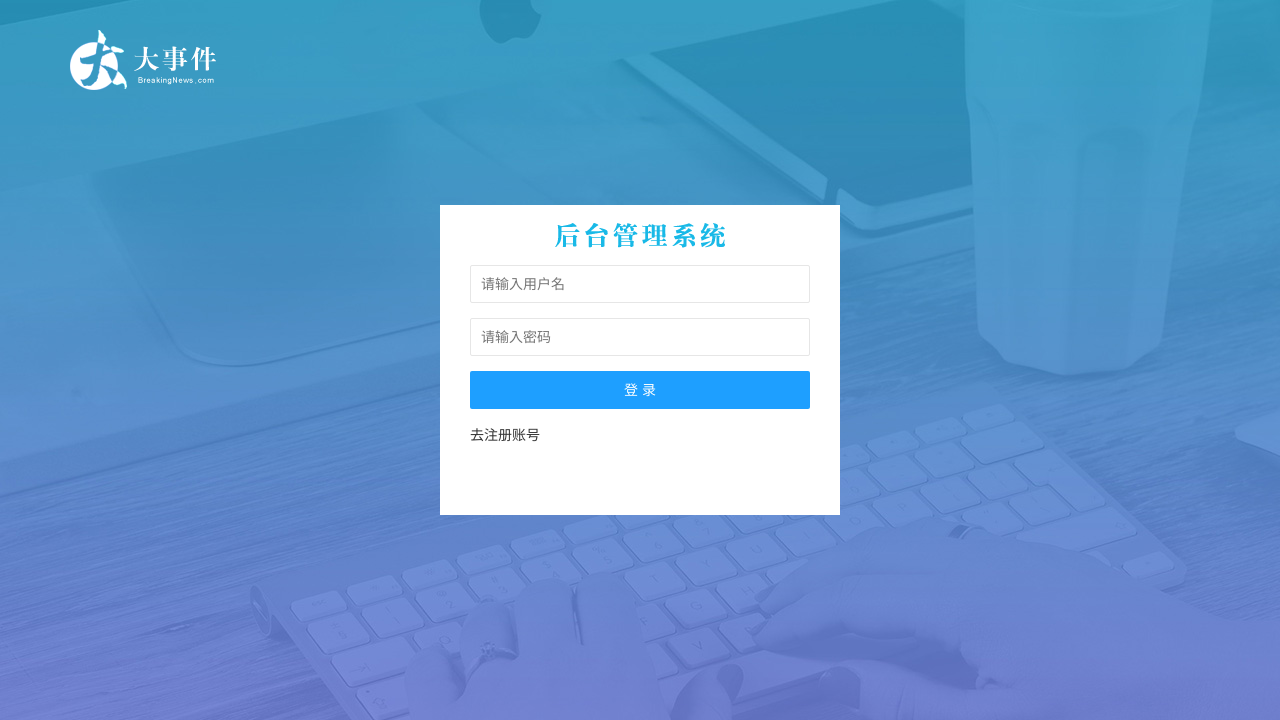
Repository: xxsleep/-
Page: home/login.html
The author's editor kept a copy of each file at every save. The page is drawn from the files as they stood at one save, then again after the next save.
The browser window is 1280 px wide. The pictures show the whole page.

Above is the page before, as saved 2020-11-24 09:11:22.

After the next save:
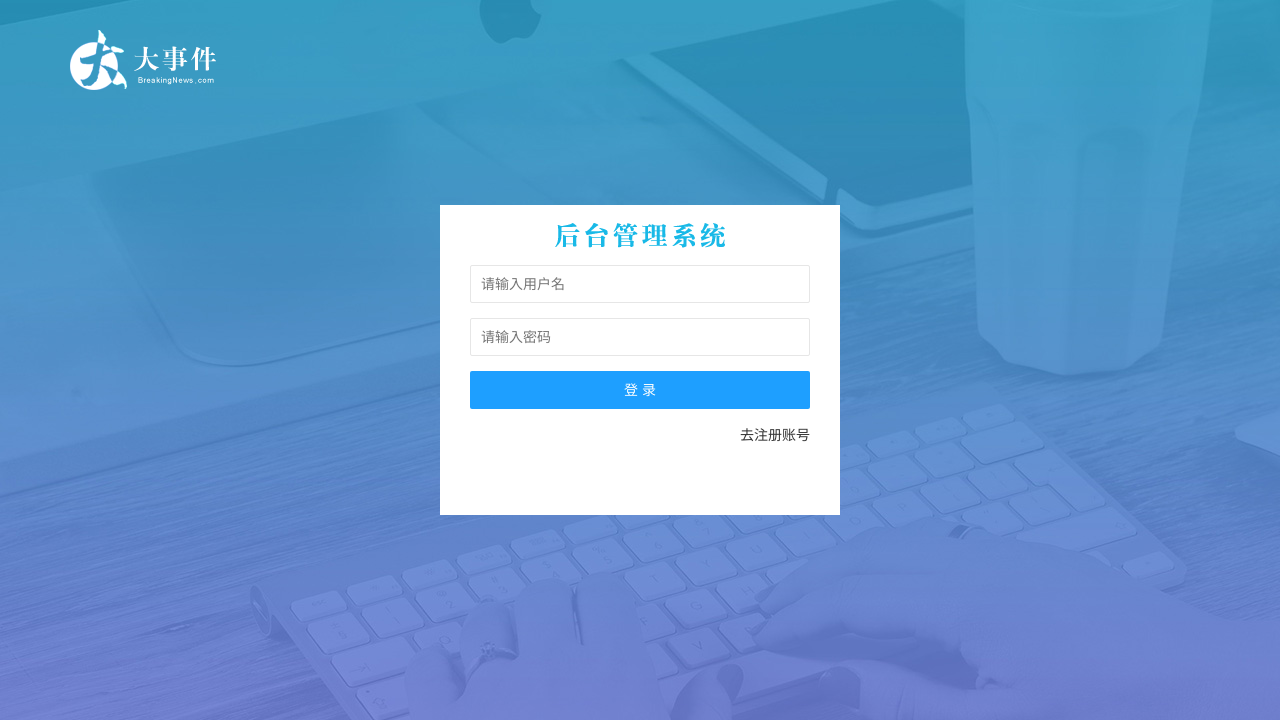
Saved 3 min 11 s later.
--- a/assets/css/login.css
+++ b/assets/css/login.css
@@ -36,3 +36,7 @@ html, body {
 .rgbox {
   display: none;
 }
+
+#gotoRg, #gotoLg {
+  float: right;
+}
